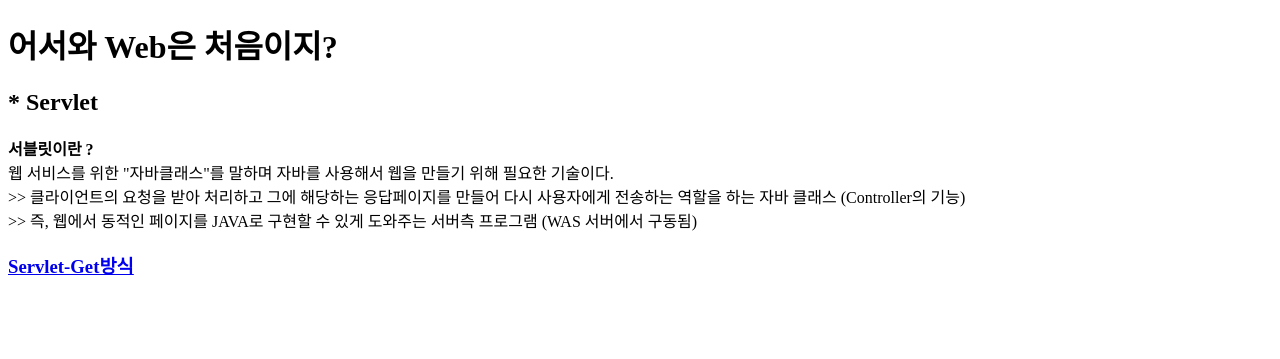
Repository: BrianH29/BH_webserver_workspace1
Page: webserver_workspace1/1_Servlet/WebContent/index.html
An editor plug-in stored every save of this project. The page is shown before and after the next save, followed by the edit.
The browser window is 1280 px wide. The pictures show the whole page.

Above is the page before, as saved 2020-08-28 03:06:57.

After the next save:
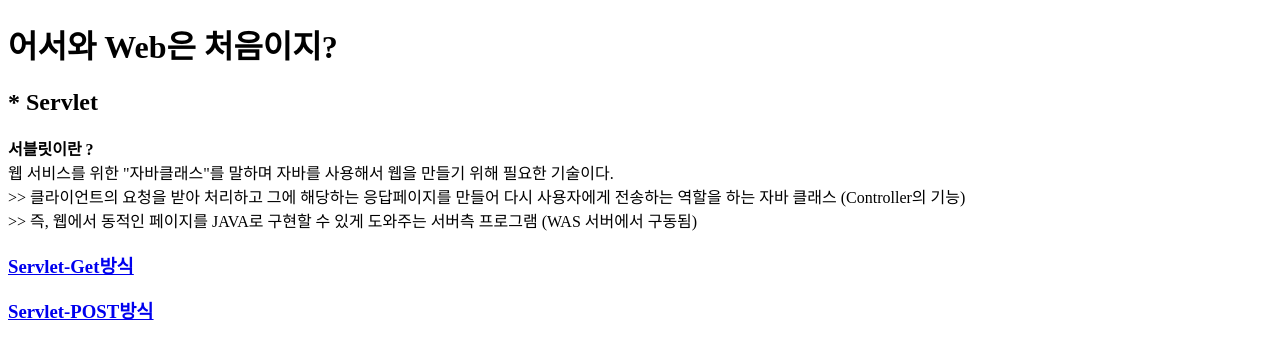
Saved 39 s later.
--- a/webserver_workspace1/1_Servlet/WebContent/index.html
+++ b/webserver_workspace1/1_Servlet/WebContent/index.html
@@ -97,7 +97,7 @@
 	</p>
 
 	<h3><a href="views/requestTest_GET.html">Servlet-Get방식</a></h3>
-
+	<h3><a href="views/requestTest_POST.html">Servlet-POST방식</a></h3>
 
 
 
